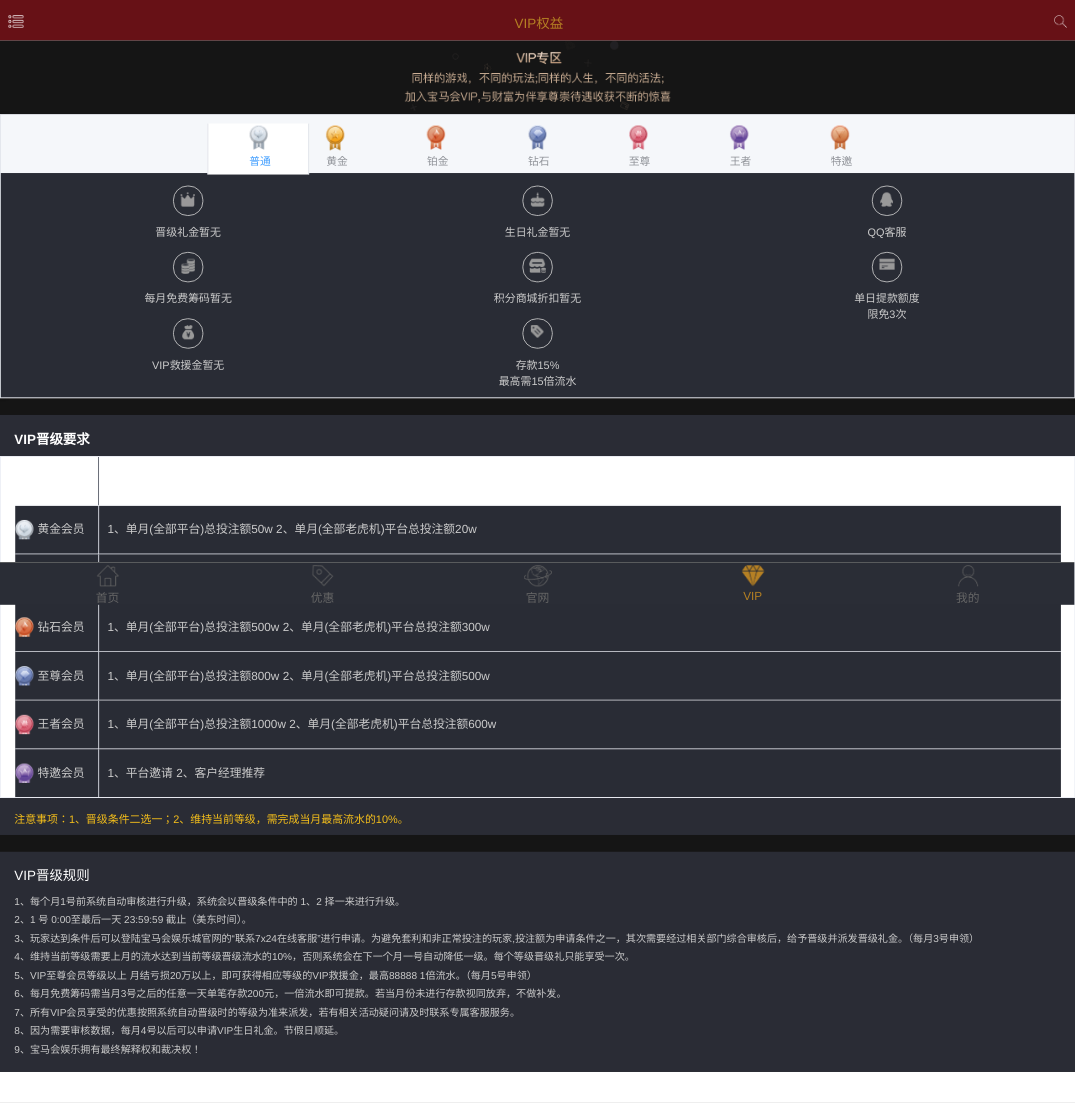
Repository: ada6688/IntegralMall
Page: /Vip
The author's editor kept a copy of each file at every save. The page is drawn from the files as they stood at one save, then again after the next save.
The browser window is 1280 px wide. The pictures show the whole page, at 84% of full size.
The project was rebuilt for these pictures with package versions that can differ from the ones it lists, and the page was loaded fresh each time. Also part of the build but not shown: src/components/common/Topnav.vue, src/components/page/notice.vue, src/components/page/MainNav.vue, src/components/page/Member.vue, src/components/page/Youhui.vue, src/router/index.js.

Above is the page before, as saved 2020-01-02 20:02:01.

After the next save:
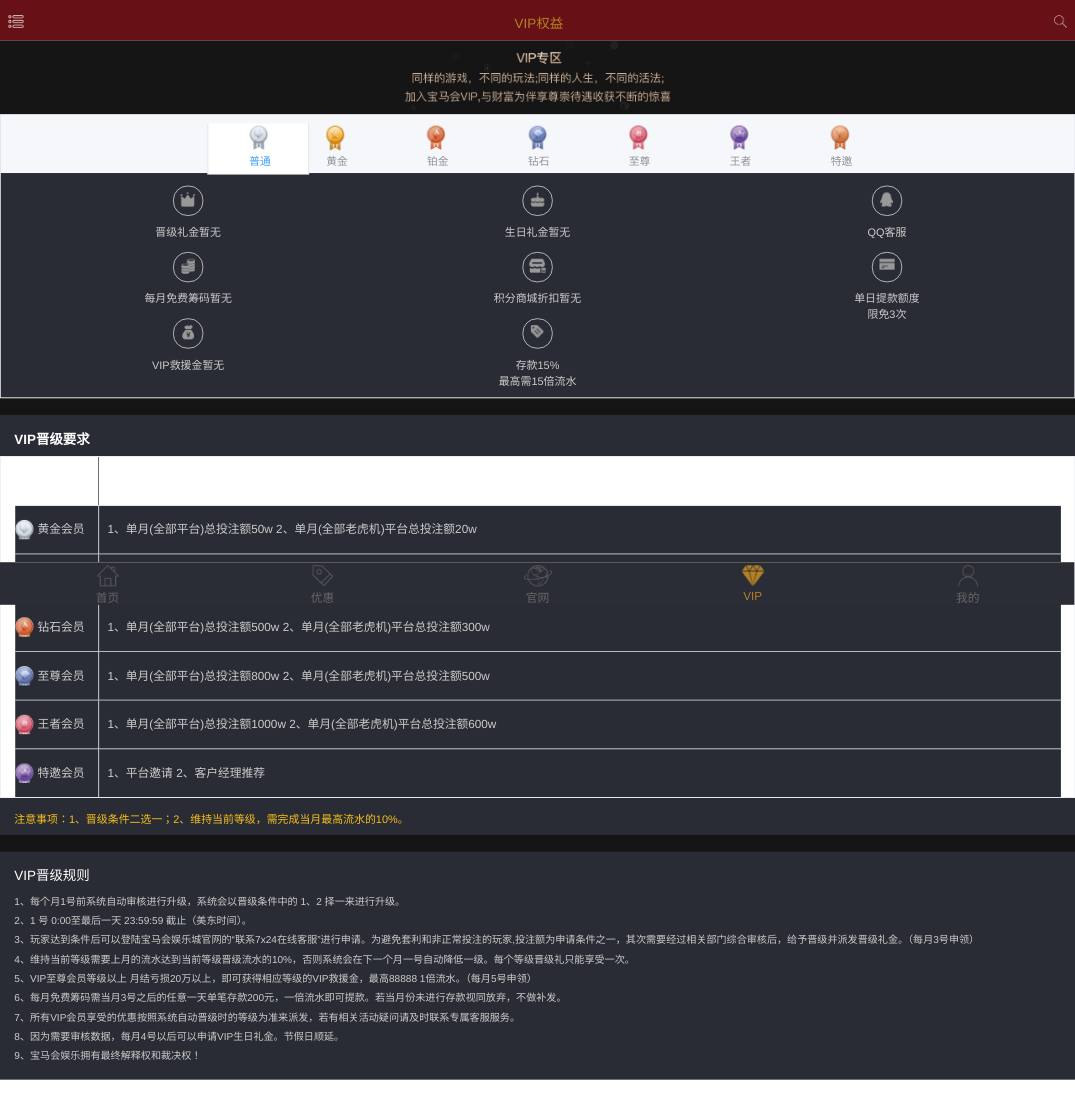
Saved 6 s later.
--- a/src/assets/css/index.css
+++ b/src/assets/css/index.css
@@ -109,6 +109,6 @@
   margin-bottom: 9px;
 }
 .level-rules-wrap p{
-  line-height: 22px;
+  line-height: 23px;
   /* margin-top: 5px; */
 }
